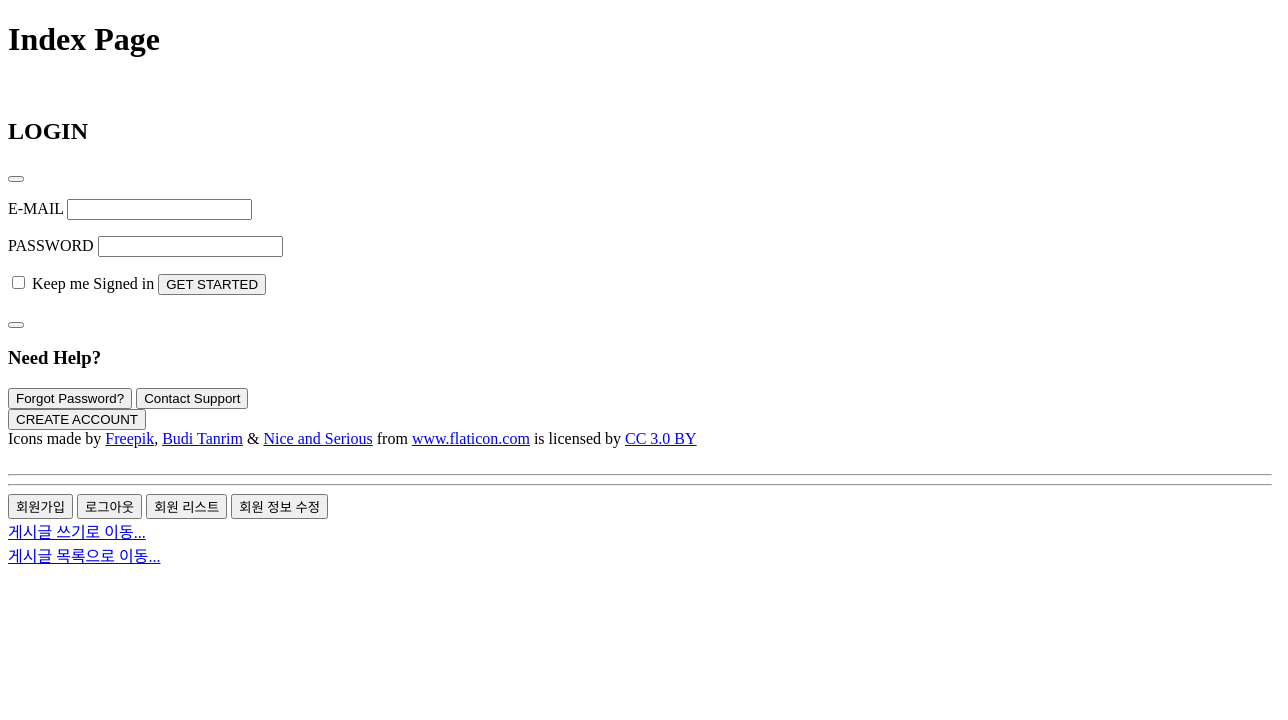
Repository: dfhdfhdfsza/myjsp
Page: http://localhost/_myjsp/
These files come from the project's save history. The page is drawn as it stood at one moment and after the next save; the edit follows.
The browser window is 1280 px wide. The page is 1280 px wide, then 1288 px, so the pictures cover 1288 px, including what lies to the right of the window. The pictures show the whole page.
Some web fonts or font styles are not loaded; a fallback is used. The page is served by Tomcat 9. The template is opened directly, without the code that normally fills it, so the values that code supplies are empty.

Above is the page before, as saved 2023-09-22 12:33:58.

After the next save:
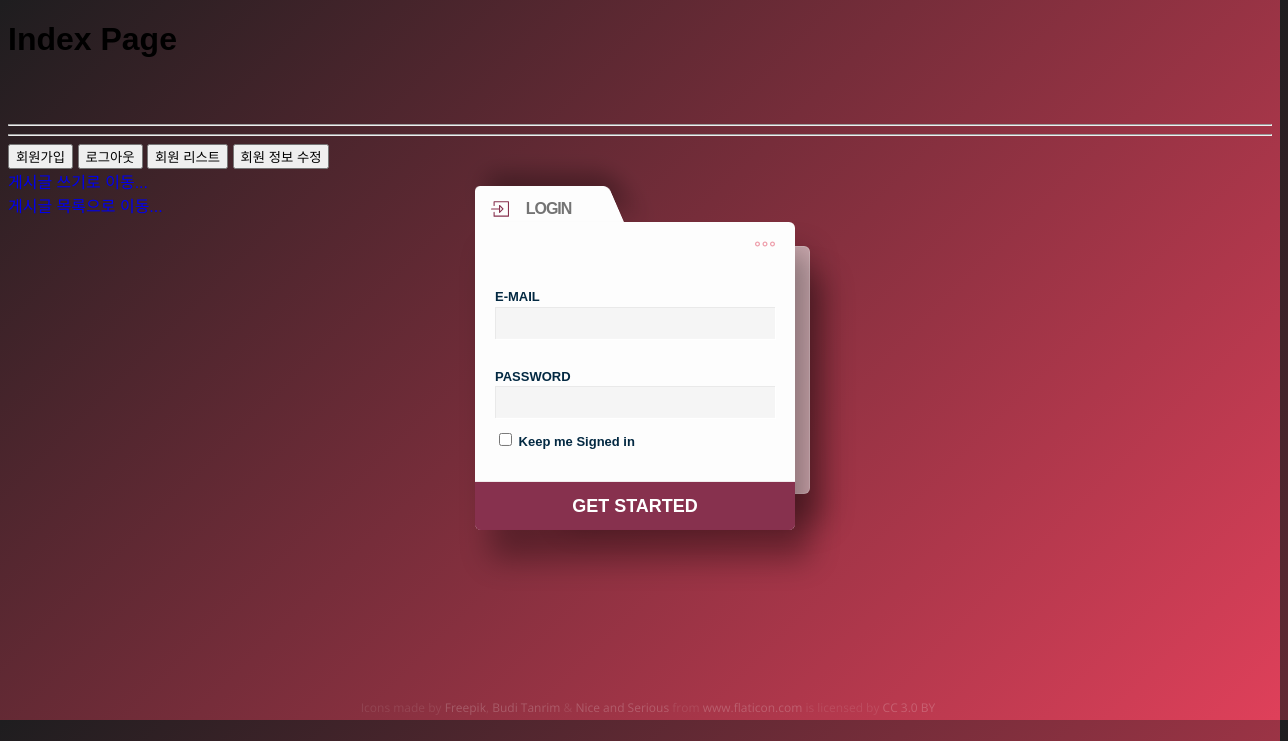
Saved 22 s later.
--- a/_myjsp/src/main/webapp/index.jsp
+++ b/_myjsp/src/main/webapp/index.jsp
@@ -6,7 +6,7 @@
 <head>
 <meta charset="UTF-8">
 <title>Insert title here</title>
-	<link href="/resources/login.css">
+	<link rel="stylesheet" type="text/css" href="/resources/login.css">
 </head>
 <body>
 	<h1>Index Page</h1>
